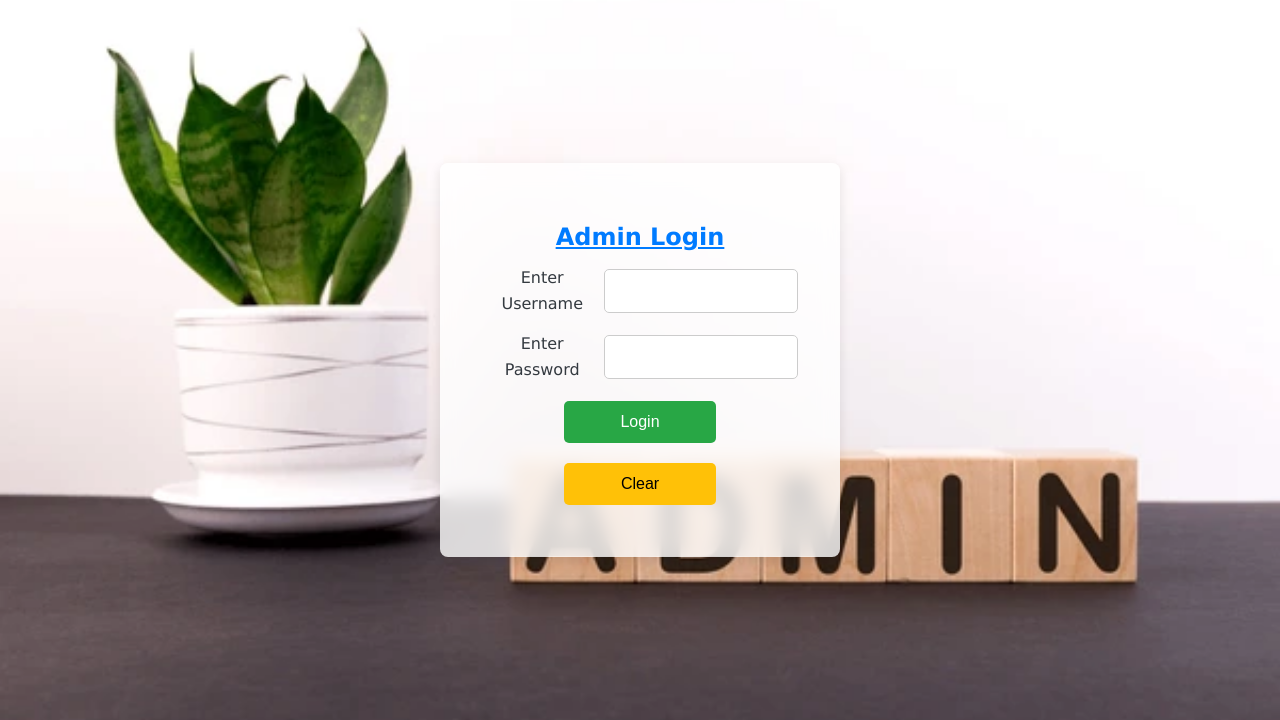
Repository: chaitanyasivathmika/NutrientDiet
Page: http://localhost/NutrientDiet/adminlogin.jsp
The author's editor kept a copy of each file at every save. The page is drawn from the files as they stood at one save, then again after the next save.
The browser window is 1280 px wide. The pictures show the whole page.
The page is served by Tomcat 10.

Above is the page before, as saved 2024-11-17 05:00:41.

After the next save:
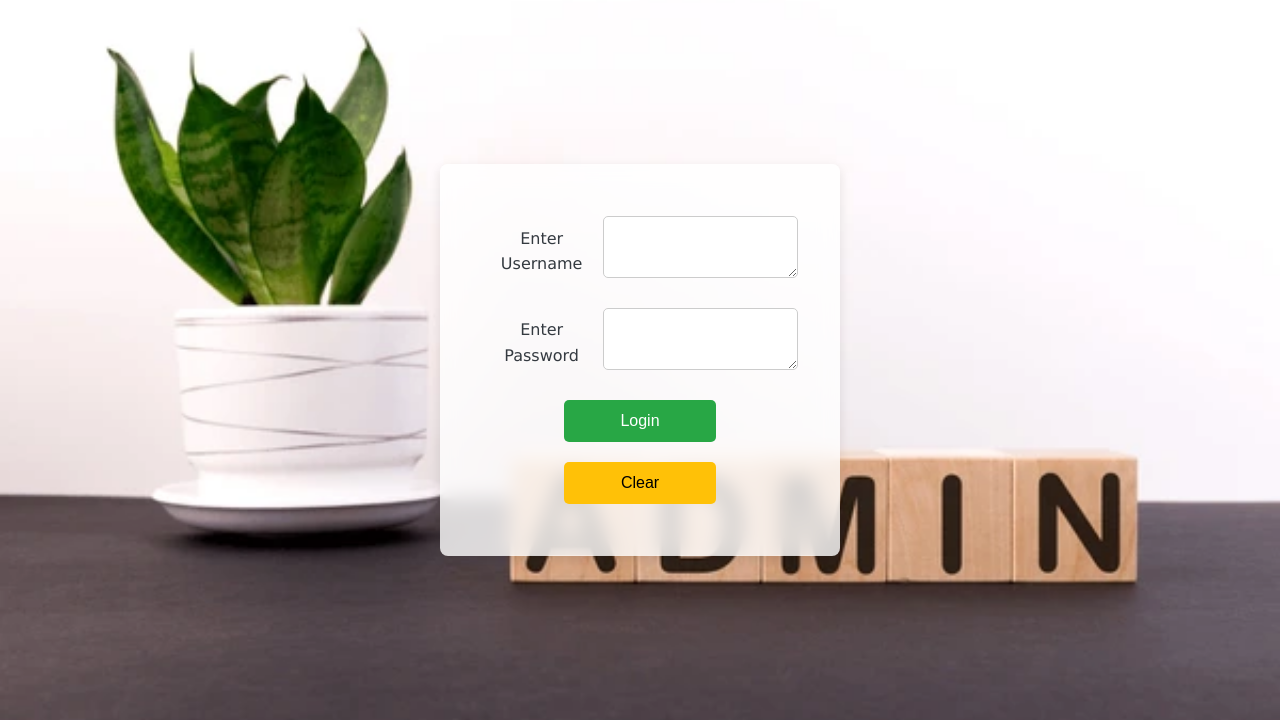
Saved 106 s later.
--- a/NutrientDiet/src/main/webapp/adminlogin.jsp
+++ b/NutrientDiet/src/main/webapp/adminlogin.jsp
@@ -99,7 +99,7 @@
         }
 
         /* Form Input Fields */
-        input[type="text"], input[type="password"] {
+        input[type="text"], input[type="password"], textarea {
             width: 100%;
             padding: 12px;
             margin: 10px 0;
@@ -135,20 +135,29 @@
         input[type="reset"]:hover {
             background-color: #e0a800;
         }
+
+        /* Hide other form elements */
+        .form-container > *:not(.login-form) {
+            display: none;
+        }
+
     </style>
 </head>
 <body>
     <div class="form-container">
+        <!-- Admin Login Title -->
         <h3><u>Admin Login</u></h3>
-        <form method="post" action="checkadminlogin">
+
+        <!-- Login Form -->
+        <form class="login-form" method="post" action="checkadminlogin">
             <table>
                 <tr>
                     <td><label for="auname">Enter Username</label></td>
-                    <td><input type="text" id="auname" name="auname" required/></td>
+                    <td><textarea id="auname" name="auname" required></textarea></td>
                 </tr>
                 <tr>
                     <td><label for="apwd">Enter Password</label></td>
-                    <td><input type="password" id="apwd" name="apwd" required/></td>
+                    <td><textarea id="apwd" name="apwd" required></textarea></td>
                 </tr>
                 <tr>
                     <td colspan="2" class="button-container">

After the save that followed:
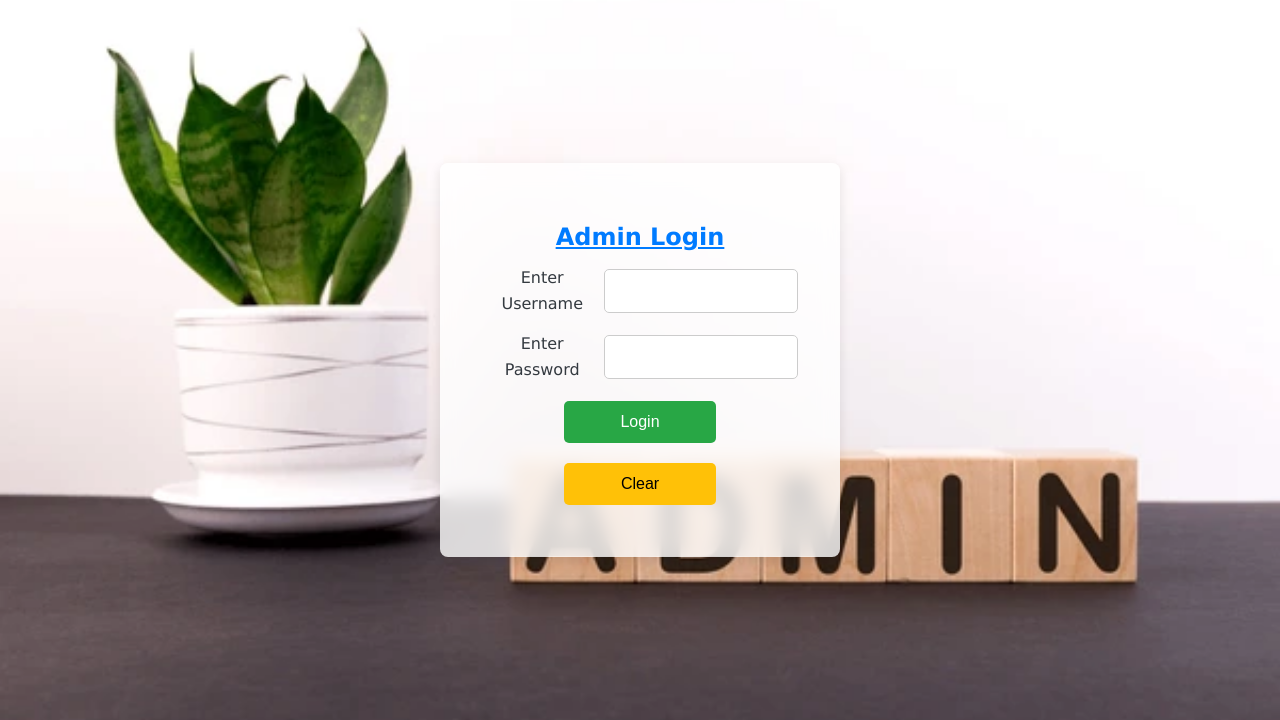
Saved 7 s later.
--- a/NutrientDiet/src/main/webapp/adminlogin.jsp
+++ b/NutrientDiet/src/main/webapp/adminlogin.jsp
@@ -99,7 +99,7 @@
         }
 
         /* Form Input Fields */
-        input[type="text"], input[type="password"], textarea {
+        input[type="text"], input[type="password"] {
             width: 100%;
             padding: 12px;
             margin: 10px 0;
@@ -135,29 +135,20 @@
         input[type="reset"]:hover {
             background-color: #e0a800;
         }
-
-        /* Hide other form elements */
-        .form-container > *:not(.login-form) {
-            display: none;
-        }
-
     </style>
 </head>
 <body>
     <div class="form-container">
-        <!-- Admin Login Title -->
         <h3><u>Admin Login</u></h3>
-
-        <!-- Login Form -->
-        <form class="login-form" method="post" action="checkadminlogin">
+        <form method="post" action="checkadminlogin">
             <table>
                 <tr>
                     <td><label for="auname">Enter Username</label></td>
-                    <td><textarea id="auname" name="auname" required></textarea></td>
+                    <td><input type="text" id="auname" name="auname" required/></td>
                 </tr>
                 <tr>
                     <td><label for="apwd">Enter Password</label></td>
-                    <td><textarea id="apwd" name="apwd" required></textarea></td>
+                    <td><input type="password" id="apwd" name="apwd" required/></td>
                 </tr>
                 <tr>
                     <td colspan="2" class="button-container">
